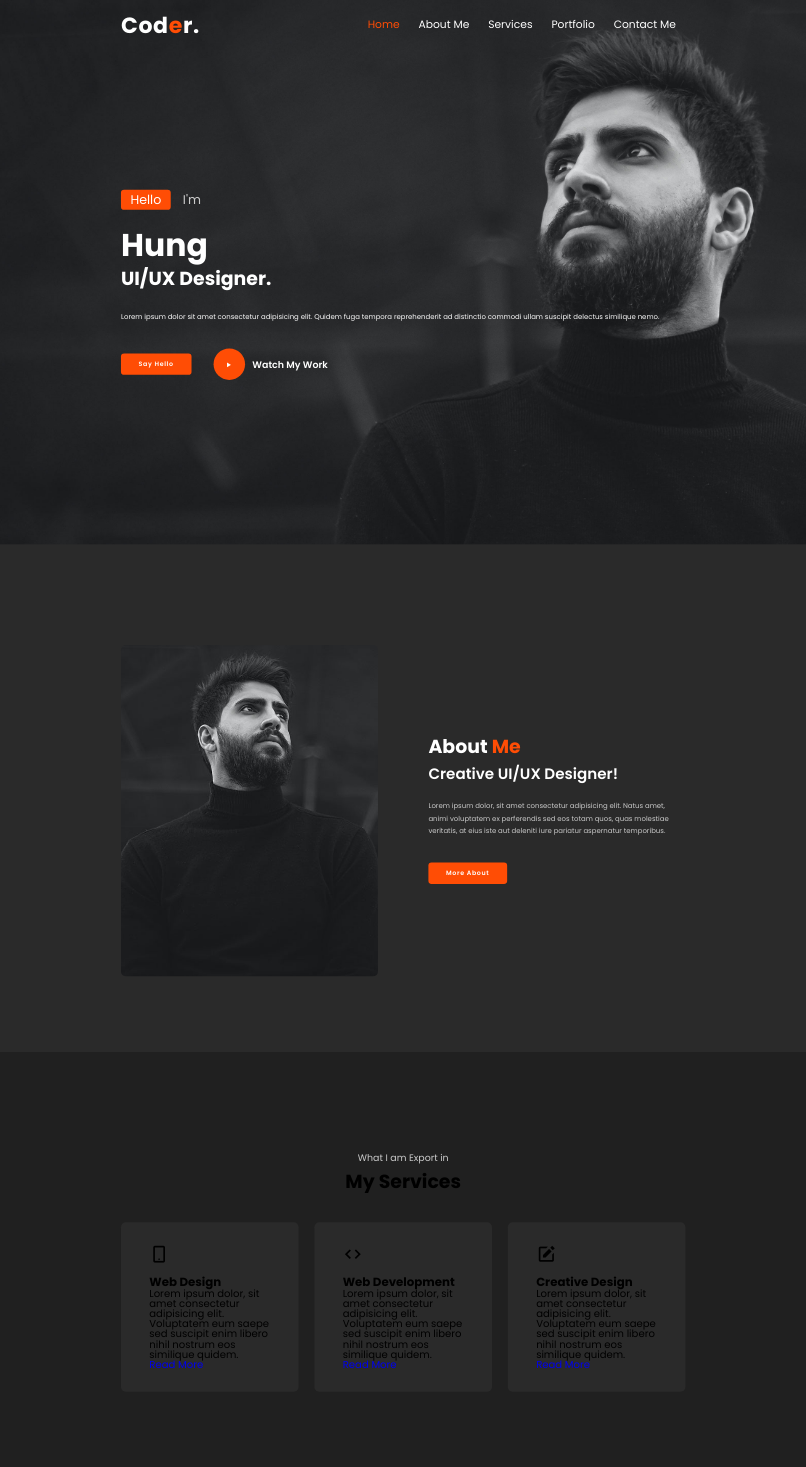
Repository: HungNg99/Protifolio2
Page: Portfolio/index.html
These files come from the project's save history. The page is drawn as it stood at one moment and after the next save; the edit follows.
The browser window is 1280 px wide. The pictures show the whole page, at 63% of full size.

Above is the page before, as saved 2022-12-11 09:12:19.

### Portfolio/index.html
<!DOCTYPE html>
<html lang="en">

<head>
    <meta charset="UTF-8">
    <meta http-equiv="X-UA-Compatible" content="IE=edge">
    <meta name="viewport" content="width=device-width, initial-scale=1.0">
    <title>Portfolio</title>
    <link rel="stylesheet" href="./reset.css">
    <link rel="stylesheet" href="./style.css">
    <link rel="stylesheet" href="https://cdnjs.cloudflare.com/ajax/libs/font-awesome/6.2.1/css/all.min.css"
        integrity="sha512-MV7K8+y+gLIBoVD59lQIYicR65iaqukzvf/nwasF0nqhPay5w/9lJmVM2hMDcnK1OnMGCdVK+iQrJ7lzPJQd1w=="
        crossorigin="anonymous" referrerpolicy="no-referrer" />

        <link rel="stylesheet"
        href="https://unpkg.com/boxicons@latest/css/boxicons.min.css">

    <link
        href="https://fonts.googleapis.com/css2?family=Montserrat:wght@800&family=Poppins:ital,wght@0,300;0,400;0,600;0,700;1,600&family=Roboto:wght@300;500&display=swap"
        rel="stylesheet">
</head>

<body>
    <!-- header design-->
    <header>
        <a href="#" class="logo">Cod<span>e</span>r.</a>
        <ul class="nav-list">
            <li><a href="#home" class="nav-link active">
                    Home
                </a></li>
            <li><a href="#about" class="nav-link">
                    About Me
                </a></li>
            <li><a href="#services" class="nav-link">
                    Services
                </a></li>
            <li><a href="#portfolio" class="nav-link">
                    Portfolio
                </a></li>
            <li><a href="#contact" class="nav-link">
                    Contact Me
                </a></li>
        </ul>

        <div class="bx bx-menu" id="menu-icon">
        </div>
    </header>

    <!-- home section design -->
    <section class="home" id="home">
       <div class="home-text">
        <div class="slide">
            <span class="one">Hello</span>
            <span class="two">I'm</span>
        </div>
        <h1>Hung</h1>
        <h3>UI/UX <span>Designer.</span> </h3>
        <p>Lorem ipsum dolor sit amet consectetur adipisicing elit. Quidem fuga tempora reprehenderit ad distinctio commodi ullam suscipit delectus similique nemo.</p>
        <div class="button">
            <a href="#" class="btn">Say Hello</a>
            <a href="#" class="btn2"><span><i class='bx bx-play'></i>Watch My Work</span></a>
        </div>
       </div>
    </section>

    <!-- about section design -->
    <section class="about" id="about">
        <div class="about-img">
            <img src="./img/about.jpg" alt="">
        </div>
        <div class="about-text">
            <h2>About <span>Me</span></h2>
            <h4>Creative UI/UX Designer!</h4>
            <p>Lorem ipsum dolor, sit amet consectetur adipisicing elit. Natus amet, animi voluptatem ex perferendis sed eos totam quos, quas molestiae veritatis, at eius iste aut deleniti iure pariatur aspernatur temporibus.</p>
            <a href="#" class="btn">More About</a>
        </div>
    </section>

    <!-- about section design -->
    <section class="services" id="services">
        <div class="main-text">
            <p>What I am Export in</p>
            <h2><span>My</span> Services</h2>
        </div>

        <div class="services-content">
            <div class="box">
                <div class="s-icons">
                    <i class='bx bx-mobile-alt'></i>
                </div>
                <h3>Web Design</h3>
                <p>Lorem ipsum dolor, sit amet consectetur adipisicing elit. Voluptatem eum saepe sed suscipit enim libero nihil nostrum eos similique quidem.</p>
                <a href="#" class="read">Read More</a>
            </div>
            <div class="box">
                <div class="s-icons">
                    <i class='bx bx-code'></i>
                </div>
                <h3>Web Development</h3>
                <p>Lorem ipsum dolor, sit amet consectetur adipisicing elit. Voluptatem eum saepe sed suscipit enim libero nihil nostrum eos similique quidem.</p>
                <a href="#" class="read">Read More</a>
            </div>
            <div class="box">
                <div class="s-icons">
                    <i class='bx bxs-edit'></i>
                </div>
                <h3>Creative Design</h3>
                <p>Lorem ipsum dolor, sit amet consectetur adipisicing elit. Voluptatem eum saepe sed suscipit enim libero nihil nostrum eos similique quidem.</p>
                <a href="#" class="read">Read More</a>
            </div>
        </div>
    </section>
    <script src="./scripts.js"></script>
</body>

</html>

### Portfolio/reset.css
html {
    box-sizing: border-box;
  }
  * {
    margin: 0;
    padding: 0;
  }
  *,
  *:before,
  *:after {
    box-sizing: border-box;
  }
  input,
  textarea,
  select,
  button {
    outline: none;
  }
  input {
    line-height: normal;
  }
  label,
  button {
    cursor: pointer;
  }
  a {
    text-decoration: none;
  }
  img {
    display: block;
    max-width: 100%;
  }
  *,
  *:before,
  *:after {
    box-sizing: border-box;
  }
  /* using rem unit */
  html {
    font-size: 62.5%;
  }
  a {
    text-decoration: none;
  }
  img {
    display: block;
    max-width: 100%;
  }
  body {
    font-family: "Poppins", sans-serif;
    font-size: 16px;
    line-height: 1;
    list-style: none;
    scroll-behavior: smooth;
    /* height: 200vh; */
  }

### Portfolio/style.css
body{
    background-color: var(--bg-color);
}
:root {
    --bg-color: #2a2a2a;
    --second-bg-color: #202020;
    --text-color: #fff;
    --second-color: #ccc;
    --main-color: #ff4d05;
    --big-font: 5rem;
    --h2-font: 3rem;
    --p-font: 1.1rem;
}

header {
    position: fixed;
    width: 100%;
    top: 0;
    right: 0;
    z-index: 1000;
    background: transparent;
    padding: 22px 15%;
    border-bottom: 1px solid transparent;
    transition: all 0.45s ease;
    display: flex;
    justify-content: space-between;
    align-items: center;
}

.logo {
    color: var(--text-color);
    font-size: 35px;
    font-weight: 700;
    letter-spacing: 1px;
}

.logo span {
    color: var(--main-color);
}

.nav-list {
    display: flex;
    list-style: none;
}

.nav-list .nav-link {
    color: var(--text-color);
    margin: 0 15px;
    font-size: 17px;
    font-weight: 500;
    transition: all 0.45s ease;
}

.nav-list .nav-link:hover {
    color: var(--main-color);
}

.nav-list .nav-link.active {
    color: var(--main-color);
}

#menu-icon {
    color: var(--text-color);
    font-size: 35px;
    z-index: 10001;
    cursor: pointer;
    margin-left: 25px;
    display: none;

}

section {
    padding: 160px 15% 120px;
}

.home {
    position: relative;
    background-image: url(./img/background.jpg);
    background-repeat: no-repeat;
    background-position: center;
    background-size: cover;
    height: 120vh;
    width: 100%;
    display: flex;
    align-items: center;
    justify-content: flex-start;
}

.slide {
    margin-bottom: 30px;
}

.one {
    display: inline-block;
    margin-right: 15px;
    height: 32px;
    padding: 0 15px;
    line-height: 32px;
    font-size: 20px;
    font-weight: 500;
    border-radius: 5px;
    background-color: var(--main-color);
    color: var(--text-color);
}

.two {
    display: inline-block;
    color: var(--second-color);
    font-size: 20px;
    font-weight: 500;
}
.home-text h1 {
    font-size: var(--big-font);
    font-weight: 700;
    color: var(--text-color);
    line-height:1.1;
    margin: 0 0 8px;
}
.home-text h3{
    color: var(--text-color);
    margin: 0 0 35px;
    font-size: 3rem;
    font-weight: 700;
    line-height:1.1;
}
.home-text p{
    color: var(--text-color);
    font-size: var(--p-font);
    line-height:1.8;
    margin-bottom: 40px;
}
.button{
    display:flex;
    align-items: center;
    justify-content: flex-start;
}
.btn{
    display: inline-block;
    padding: 12px 28px;
    background: var(--main-color);
    border-radius: 5px;
    color: var(--text-color);
    font-size:1rem;
    letter-spacing: 1px;
    font-weight: 600;
    transition: all 0.45s ease;
}
.btn:hover{
    transform: scale(1.1);
}
.btn2{
    display: inline-flex;
    align-items: center;
    justify-content: center;
    font-size: 15px;
    font-weight:600;
    color: var(--text-color);
    margin-left: 35px;
}
.btn2 span{
    display: inline-flex;
    align-items: center;
    justify-content: center;
}
.btn2 span i{
    margin-right: 12px;
    height: 50px;
    width: 50px;
    border-radius: 50%;
    display: flex;
    align-items: center;
    justify-content: center;
    transition: all 0.45s ease;
    background-color: var(--main-color);
    color: var(--text-color);
}
.btn2 span i:hover{
    transform: scale(1.1);
}
header.sticky{
    background-color: var(--bg-color);
    border-bottom: 1px solid #ffffff1a;
    padding: 12px 15%;
}

.about{
    display: grid;
    grid-template-columns: repeat(2,1fr);
    align-items: center;
    gap: 8rem;
}


.about-img img{
  max-width: 530px;
  height: auto;
  width: 100%;
  border-radius: 8px;
}
.about-text span {
    color: var(--main-color);
}
.about-text h2{
  font-size: var(--h2-font);
  line-height:1;
  color: var(--text-color);
}
.about-text h4{
   font-size: 24px;
   font-weight:600;
   color: var(--text-color);
   line-height:1;
   margin: 15px 0px 30px;
}
.about-text p {
   color: var(--second-color);
   font-size: var(--p-font);
   line-height:1.8;
   margin-bottom: 4rem;
}
.services{

    background-color: var(--second-bg-color);
}
.main-text{
    text-align: center;
}
.main-text p{
    color: var(--second-color);
    font-size: 15px;
    margin-bottom: 15px;
}
.main-text h2{
    font-size:var(--h2-font);
    line-height:1;
}
.services-content{
    display: grid;
    grid-template-columns: repeat(3,1fr);
    align-items: center;
    gap: 2.5rem;
    margin-top: 5rem;
}
.box{
    background-color: var(--bg-color);
    border-radius:8px;
    padding: 35px 45px;
    transition: all 0.45s ease;
}
.s-icons i{
    font-size:32px;
    margin-bottom: 20px;
}

Loaded but not shown: Portfolio/scripts.js (no copy from this time; the picture is the same without it)

After the next save:
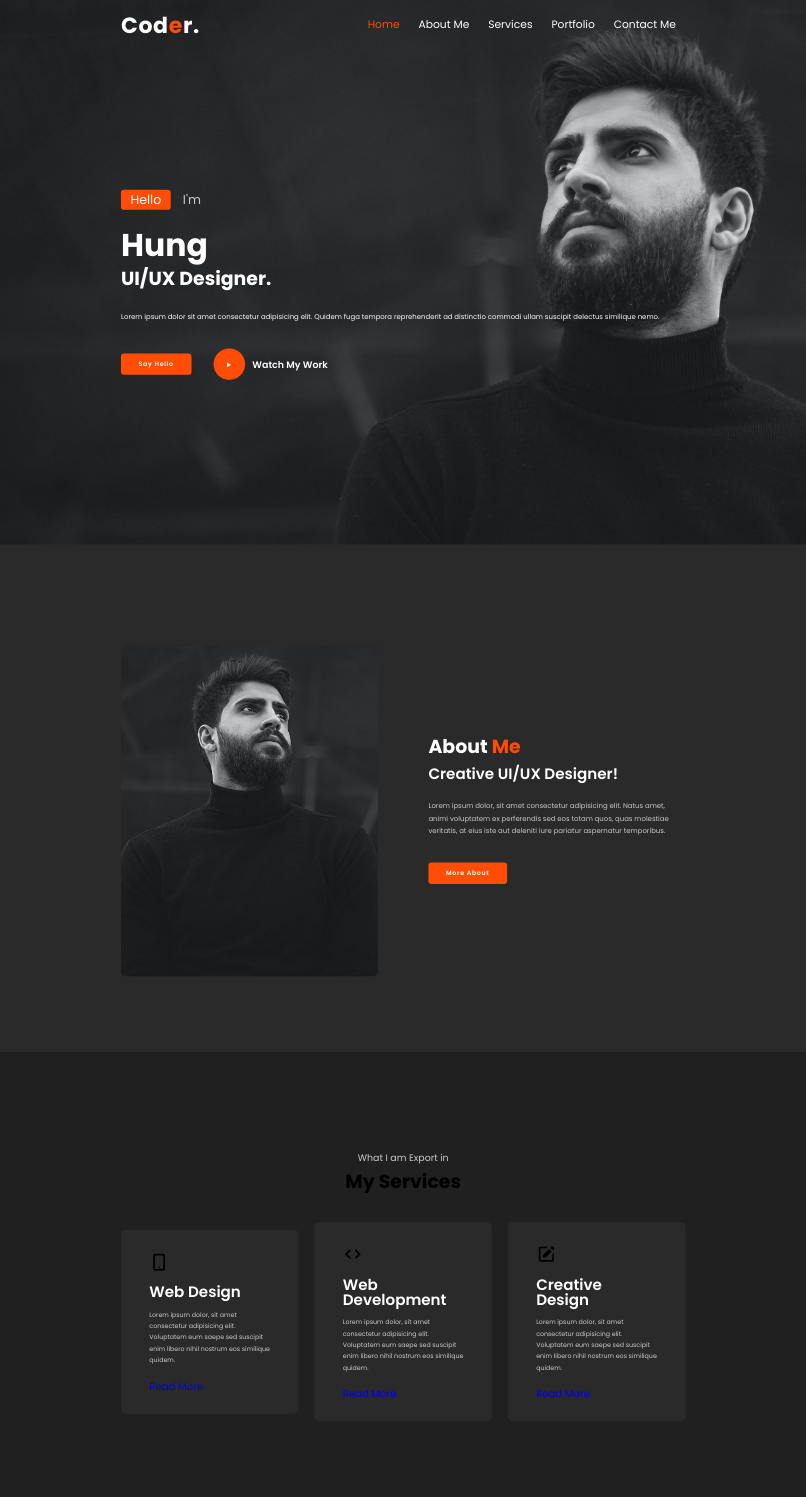
Saved 81 s later.
--- a/Portfolio/style.css
+++ b/Portfolio/style.css
@@ -251,3 +251,15 @@ header.sticky{
     font-size:32px;
     margin-bottom: 20px;
 }
+.box h3{
+    font-size:24px;
+    font-weight:600;
+    color: var(--text-color);
+    margin-bottom: 15px;
+}
+.box p{
+    font-size:1rem;
+    line-height:1.8;
+    color: var(--second-color);
+    margin-bottom: 25px;
+}
